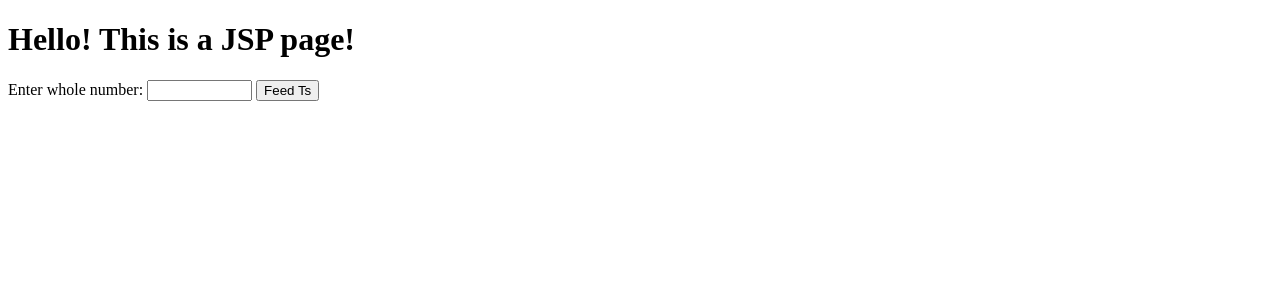
Repository: champloo2/JSPServeletCIS175
Page: http://localhost/TFeeder/status.jsp
These files come from the project's save history. The page is drawn as it stood at one moment and after the next save; the edit follows.
The browser window is 1280 px wide. The pictures show the whole page.
The page is served by Tomcat 9.

Above is the page before, as saved 2020-02-12 00:29:55.

After the next save:
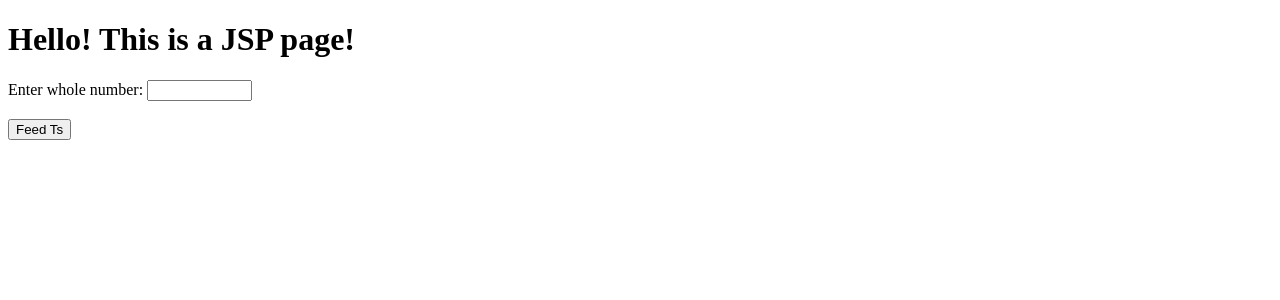
Saved 14 s later.
--- a/TFeeder/WebContent/status.jsp
+++ b/TFeeder/WebContent/status.jsp
@@ -10,7 +10,7 @@
 <h1>Hello! This is a JSP page!</h1>
 <form action="getCentsServlet" method="post">
 Enter whole number:
-<input type="text" name="tFeeder" size="10">
+<input type="text" name="tFeeder" size="10"><br /><br />
 <input type="submit" value="Feed Ts" />
 </form>
 </body>
